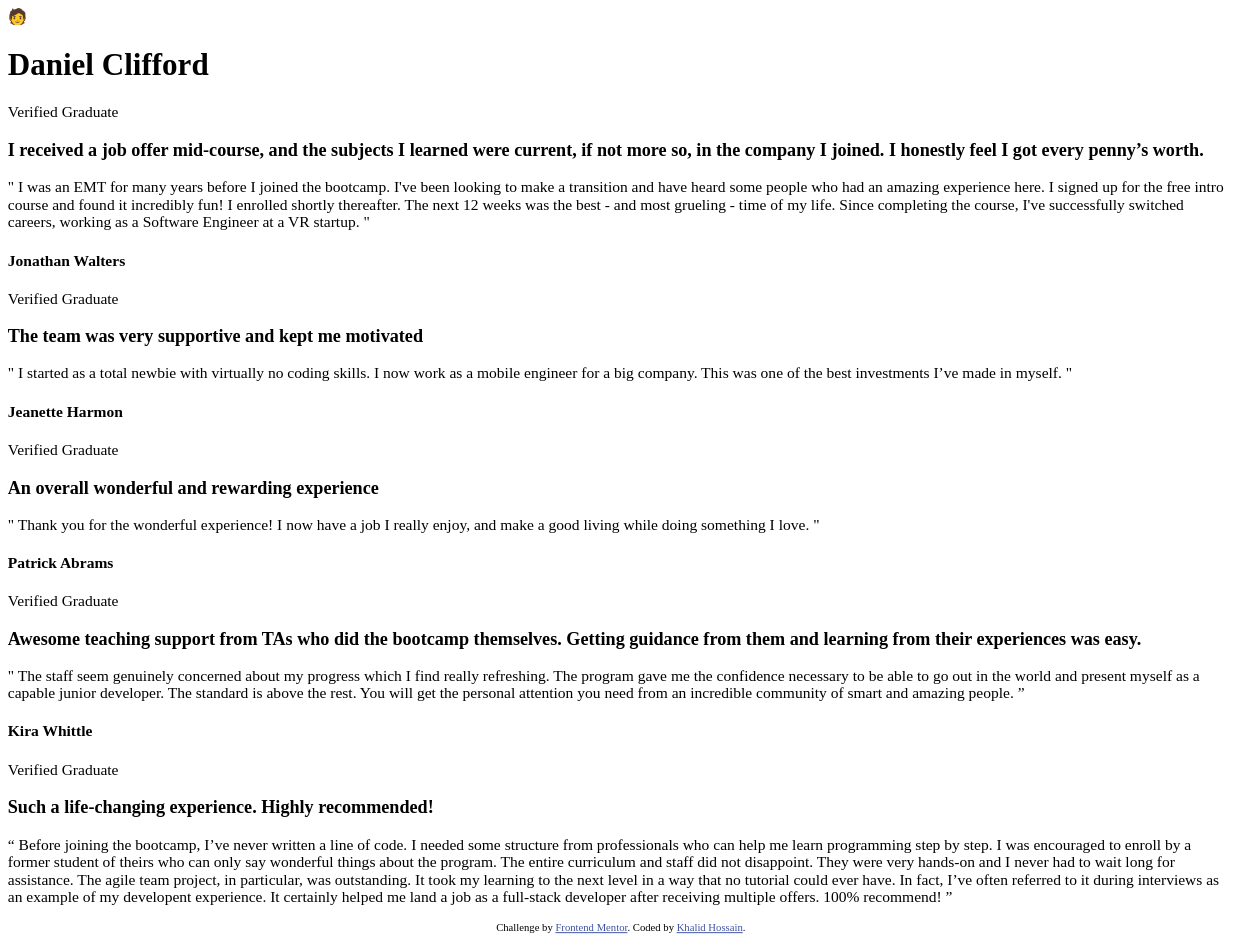
Repository: badhon252/Testimonials-Grid-Section
Page: index.html
These files come from the project's save history. The page is drawn as it stood at one moment and after the next save; the edit follows.
The browser window is 1280 px wide. The pictures show the whole page, at 97% of full size.

Above is the page before, as saved 2023-02-18 15:09:30.

### index.html
<!DOCTYPE html>
<html lang="en">

<head>
    <meta charset="UTF-8">
    <meta name="viewport" content="width=device-width, initial-scale=1.0">
    <!-- displays site properly based on user's device -->

    <link rel="icon" type="image/png" sizes="32x32" href="./images/favicon-32x32.png">

    <title>Frontend Mentor | [Challenge Name Here]</title>

    <!-- Feel free to remove these styles or customise in your own stylesheet 👍 -->
    <style>
        .attribution {
            font-size: 11px;
            text-align: center;
        }

        .attribution a {
            color: hsl(228, 45%, 44%);
        }
    </style>
</head>

<body>

    <div class="container">
        <div class="box box1">
            <div class="heading">
                <span>🧑</span>
                <div>
                    <h1 class="name">Daniel Clifford</h1>
                    <p>Verified Graduate</p>
                </div>
            </div>

            <h3>I received a job offer mid-course, and the subjects I learned were current, if not more so, in the company I joined. I honestly feel I got every penny’s worth.</h3>
            <p>" I was an EMT for many years before I joined the bootcamp. I've been looking to make a transition and have heard some people who had an amazing experience here. I signed up for the free intro course and found it incredibly fun! I enrolled
                shortly thereafter. The next 12 weeks was the best - and most grueling - time of my life. Since completing the course, I've successfully switched careers, working as a Software Engineer at a VR startup. "</p>
            <div class="box box2">
                <h4>Jonathan Walters</h4>
                <p>Verified Graduate</p>
                <h3>The team was very supportive and kept me motivated</h3>
                <p>" I started as a total newbie with virtually no coding skills. I now work as a mobile engineer for a big company. This was one of the best investments I’ve made in myself. "</p>
            </div>
            <div class="box box3">
                <h4>Jeanette Harmon</h4>
                <p>Verified Graduate</p>
                <h3>An overall wonderful and rewarding experience</h3>
                <p>" Thank you for the wonderful experience! I now have a job I really enjoy, and make a good living while doing something I love. "</p>
            </div>
            <div class="box box4">
                <h4>Patrick Abrams</h4>
                <p>Verified Graduate</p>
                <h3>Awesome teaching support from TAs who did the bootcamp themselves. Getting guidance from them and learning from their experiences was easy.</h3>
                <p>" The staff seem genuinely concerned about my progress which I find really refreshing. The program gave me the confidence necessary to be able to go out in the world and present myself as a capable junior developer. The standard is above
                    the rest. You will get the personal attention you need from an incredible community of smart and amazing people. ”</p>
            </div>
            <div class="box box5">
                <h4>Kira Whittle</h4>
                <p>Verified Graduate</p>
                <h3>Such a life-changing experience. Highly recommended!</h3>
                <p>“ Before joining the bootcamp, I’ve never written a line of code. I needed some structure from professionals who can help me learn programming step by step. I was encouraged to enroll by a former student of theirs who can only say wonderful
                    things about the program. The entire curriculum and staff did not disappoint. They were very hands-on and I never had to wait long for assistance. The agile team project, in particular, was outstanding. It took my learning to the next
                    level in a way that no tutorial could ever have. In fact, I’ve often referred to it during interviews as an example of my developent experience. It certainly helped me land a job as a full-stack developer after receiving multiple offers.
                    100% recommend! ”</p>
            </div>
        </div>



        <div class="attribution">
            Challenge by <a href="https://www.badhon252.me" target="_blank">Frontend Mentor</a>. Coded by <a href="#">Khalid
        Hossain</a>.
        </div>
</body>

</html>

After the next save:
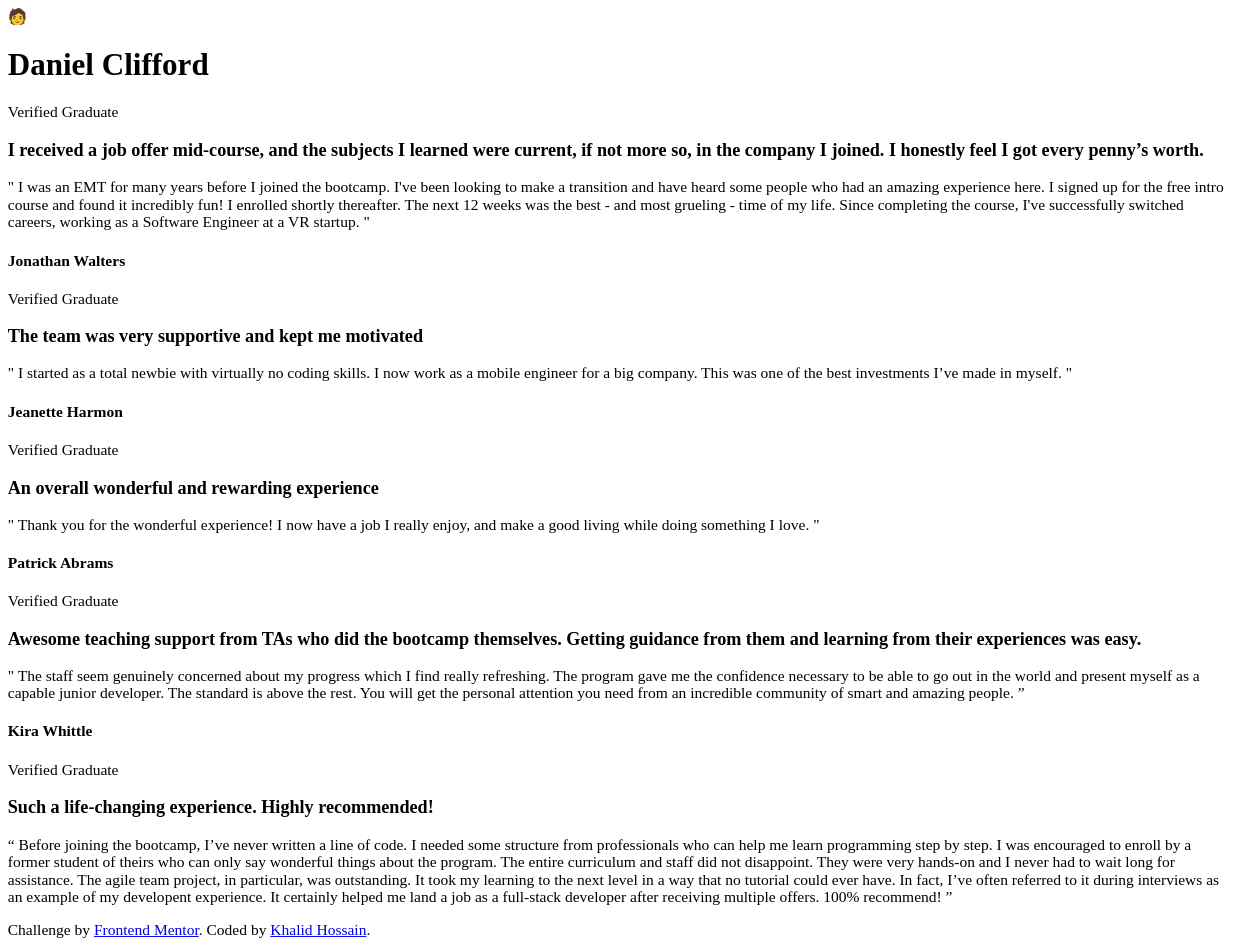
Saved 27 s later.
--- a/index.html
+++ b/index.html
@@ -10,17 +10,6 @@
 
     <title>Frontend Mentor | [Challenge Name Here]</title>
 
-    <!-- Feel free to remove these styles or customise in your own stylesheet 👍 -->
-    <style>
-        .attribution {
-            font-size: 11px;
-            text-align: center;
-        }
-
-        .attribution a {
-            color: hsl(228, 45%, 44%);
-        }
-    </style>
 </head>
 
 <body>
